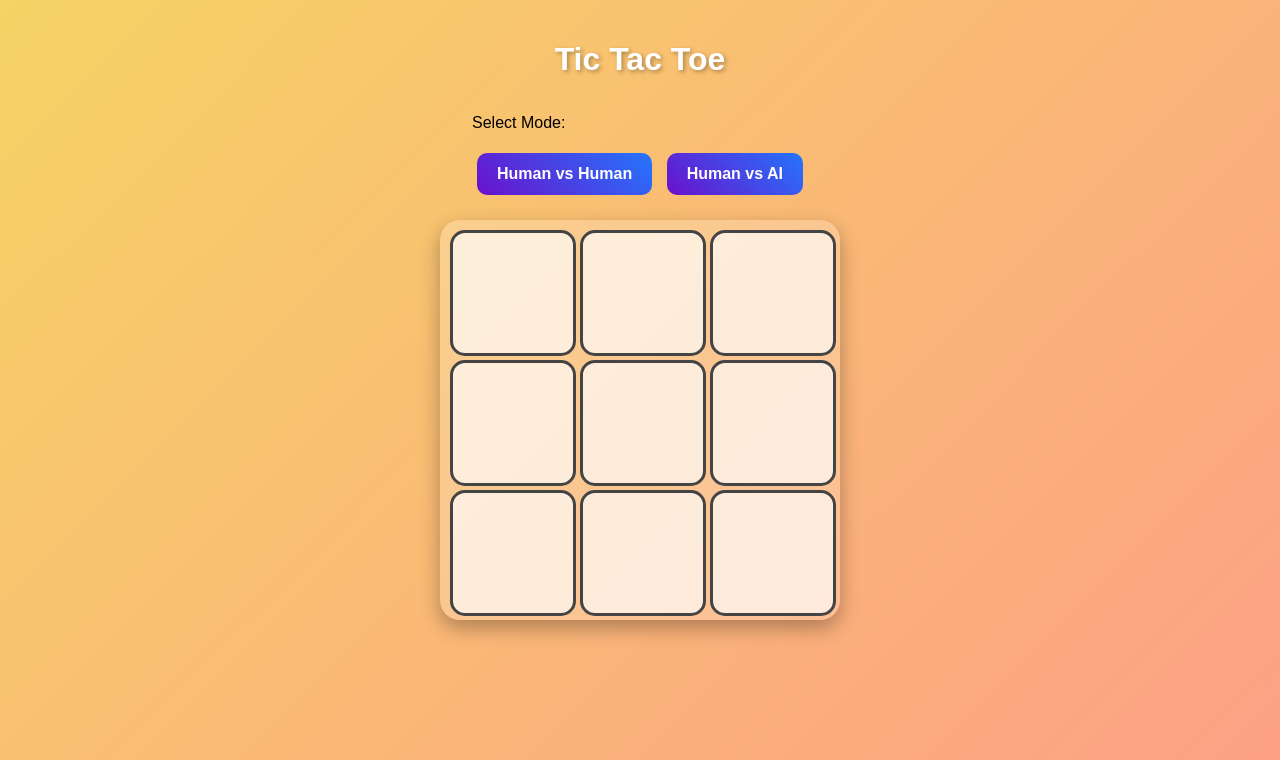
Repository: harshini0304/PRODIGY_WD_03
Page: index.html
The author's editor kept a copy of each file at every save. The page is drawn from the files as they stood at one save, then again after the next save.
The browser window is 1280 px wide. The pictures show the whole page.
After loading, the first visible `button` was clicked once.

Above is the page before, as saved 2025-09-09 22:52:28.

### index.html
<!DOCTYPE html>
<html lang="en">
<head>
  <meta charset="UTF-8" />
  <meta name="viewport" content="width=device-width, initial-scale=1.0"/>
  <title>Tic Tac Toe</title>
  <link rel="stylesheet" href="style.css" />
</head>
<body>
  <h1>Tic Tac Toe</h1>

  <!-- Mode Selection (only first time) -->
  <div id="mode">
    <p>Select Mode:</p>
    <button onclick="startGame('human')">Human vs Human</button>
    <button onclick="startGame('ai')">Human vs AI</button>
  </div>

  <!-- Game Board -->
  <div id="board" style="display:none;"></div>

  <!-- Game Status -->
  <div id="status"></div>

  <!-- Play Again / Switch Mode -->
  <div id="playAgain" style="display:none;">
    <button onclick="restartGame()">Play Again</button>
    <button onclick="switchMode()">Switch Mode</button>
  </div>

  <script src="script.js"></script>
</body>
</html>

### style.css
/* Body & general layout */
body {
  font-family: 'Arial', sans-serif;
  background: linear-gradient(135deg, #f6d365, #fda085);
  display: flex;
  flex-direction: column;
  align-items: center;
  justify-content: flex-start;
  height: 100vh;
  margin: 0;
  padding: 20px;
}

h1 {
  margin-bottom: 20px;
  color: #fff;
  text-shadow: 2px 2px 4px rgba(0,0,0,0.3);
}

/* Mode buttons */
#mode {
  margin-bottom: 20px;
}

#mode button {
  margin: 5px;
  padding: 12px 20px;
  border: none;
  border-radius: 10px;
  background: linear-gradient(45deg, #6a11cb, #2575fc);
  color: white;
  font-weight: bold;
  font-size: 1rem;
  cursor: pointer;
  transition: transform 0.3s, box-shadow 0.3s;
}

#mode button:hover {
  transform: scale(1.05);
  box-shadow: 0 6px 15px rgba(0,0,0,0.3);
}

/* Board styling */
#board {
  display: grid;
  grid-template-columns: repeat(3, 120px);
  grid-template-rows: repeat(3, 120px);
  gap: 10px;
  background: #fff3;
  padding: 10px;
  border-radius: 20px;
  box-shadow: 0 8px 20px rgba(0,0,0,0.3);
}

/* Each cell styling */
.cell {
  width: 120px;
  height: 120px;
  background: #ffffffaa;
  border-radius: 15px;
  border: 3px solid #444;
  font-size: 3rem;
  display: flex;
  align-items: center;
  justify-content: center;
  cursor: pointer;
  transition: all 0.3s ease;
}

.cell:hover {
  background: #fffa;
  transform: scale(1.05);
  box-shadow: 0 4px 15px rgba(0,0,0,0.3);
}

.cell.taken {
  cursor: not-allowed;
  color: #333;
}

/* Status text */
#status {
  margin-top: 20px;
  font-size: 1.5rem;
  font-weight: bold;
  color: #fff;
  text-shadow: 1px 1px 2px rgba(0,0,0,0.4);
  text-align: center;
}

/* Play Again buttons */
#playAgain {
  display: none;
  margin-top: 15px;
  justify-content: center;
  gap: 10px;
}

#playAgain button {
  margin: 5px;
  padding: 12px 25px;
  font-size: 1.1rem;
  cursor: pointer;
  border: none;
  border-radius: 12px;
  background: linear-gradient(45deg, #6a11cb, #2575fc);
  color: white;
  font-weight: bold;
  transition: all 0.3s ease;
}

#playAgain button:hover {
  transform: scale(1.05);
  box-shadow: 0 6px 15px rgba(0,0,0,0.3);
}

/* Winning highlight */
.cell.winner {
  background: linear-gradient(45deg, #ff9a9e, #fad0c4);
  color: #fff;
  animation: blink 0.8s infinite alternate;
}

@keyframes blink {
  0% { transform: scale(1); }
  50% { transform: scale(1.1); }
  100% { transform: scale(1); }
}

### script.js
const boardContainer = document.getElementById("board");
const statusText = document.getElementById("status");
const playAgainDiv = document.getElementById("playAgain");
const modeDiv = document.getElementById("mode");

let board = Array(9).fill("");
let currentPlayer = "X";
let mode = "";
let gameOver = false;

function startGame(selectedMode) {
  mode = selectedMode;
  currentPlayer = "X";
  gameOver = false;
  statusText.textContent = "";

  // Reset view
  playAgainDiv.style.display = "none";
  boardContainer.style.display = "grid";
  restartBoard();
}

function restartBoard() {
  board = Array(9).fill("");
  createBoard();
}

function createBoard() {
  boardContainer.innerHTML = "";
  board.forEach((cell, index) => {
    const div = document.createElement("div");
    div.classList.add("cell");
    if (cell !== "") {
      div.textContent = cell;
      div.classList.add("taken");
    }
    div.addEventListener("click", () => handleMove(index));
    boardContainer.appendChild(div);
  });
}

function handleMove(index) {
  if (gameOver || board[index] !== "") return;

  board[index] = currentPlayer;
  createBoard();

  if (checkWinner(currentPlayer)) {
    statusText.textContent = `${currentPlayer} Wins 🎉`;
    highlightWinner(currentPlayer);
    endGame();
    return;
  }

  if (board.every(cell => cell !== "")) {
    statusText.textContent = "It's a Tie 🤝";
    endGame();
    return;
  }

  currentPlayer = currentPlayer === "X" ? "O" : "X";

  if (mode === "ai" && currentPlayer === "O" && !gameOver) {
    setTimeout(aiMove, 500);
  }
}

function aiMove() {
  const available = board
    .map((val, i) => (val === "" ? i : null))
    .filter(val => val !== null);

  const randomIndex = available[Math.floor(Math.random() * available.length)];
  board[randomIndex] = "O";
  createBoard();

  if (checkWinner("O")) {
    statusText.textContent = "AI Wins 🤖";
    highlightWinner("O");
    endGame();
    return;
  }

  if (board.every(cell => cell !== "")) {
    statusText.textContent = "It's a Tie 🤝";
    endGame();
    return;
  }

  currentPlayer = "X";
}

function checkWinner(player) {
  const combos = [
    [0,1,2],[3,4,5],[6,7,8],
    [0,3,6],[1,4,7],[2,5,8],
    [0,4,8],[2,4,6]
  ];
  return combos.some(combo =>
    combo.every(index => board[index] === player)
  );
}

function highlightWinner(player) {
  const combos = [
    [0,1,2],[3,4,5],[6,7,8],
    [0,3,6],[1,4,7],[2,5,8],
    [0,4,8],[2,4,6]
  ];
  combos.forEach(combo => {
    if (combo.every(index => board[index] === player)) {
      combo.forEach(index => {
        boardContainer.children[index].classList.add("winner");
      });
    }
  });
}

function endGame() {
  gameOver = true;
  playAgainDiv.style.display = "flex";
}

function restartGame() {
  gameOver = false;
  statusText.textContent = "";
  restartBoard();
  playAgainDiv.style.display = "none";
}

function switchMode() {
  boardContainer.style.display = "none";
  playAgainDiv.style.display = "none";
  statusText.textContent = "";
}

After the next save:
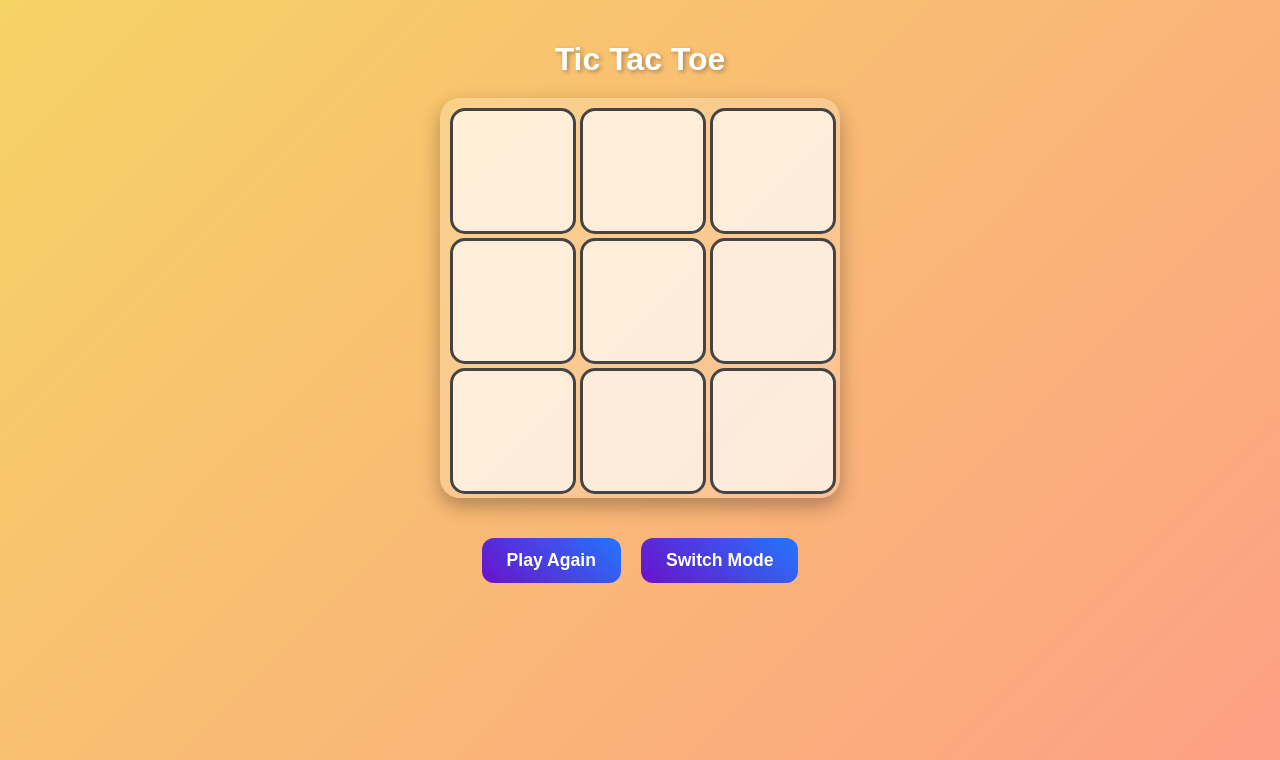
Saved 9 s later.
--- a/script.js
+++ b/script.js
@@ -14,9 +14,13 @@ function startGame(selectedMode) {
   gameOver = false;
   statusText.textContent = "";
 
-  // Reset view
-  playAgainDiv.style.display = "none";
+  // Hide mode selection forever until user clicks "Switch Mode"
+  modeDiv.style.display = "none";
+
+  // Show board and bottom buttons
   boardContainer.style.display = "grid";
+  playAgainDiv.style.display = "flex";
+
   restartBoard();
 }
 
@@ -48,13 +52,13 @@ function handleMove(index) {
   if (checkWinner(currentPlayer)) {
     statusText.textContent = `${currentPlayer} Wins 🎉`;
     highlightWinner(currentPlayer);
-    endGame();
+    gameOver = true;
     return;
   }
 
   if (board.every(cell => cell !== "")) {
     statusText.textContent = "It's a Tie 🤝";
-    endGame();
+    gameOver = true;
     return;
   }
 
@@ -77,13 +81,13 @@ function aiMove() {
   if (checkWinner("O")) {
     statusText.textContent = "AI Wins 🤖";
     highlightWinner("O");
-    endGame();
+    gameOver = true;
     return;
   }
 
   if (board.every(cell => cell !== "")) {
     statusText.textContent = "It's a Tie 🤝";
-    endGame();
+    gameOver = true;
     return;
   }
 
@@ -116,20 +120,15 @@ function highlightWinner(player) {
   });
 }
 
-function endGame() {
-  gameOver = true;
-  playAgainDiv.style.display = "flex";
-}
-
 function restartGame() {
   gameOver = false;
   statusText.textContent = "";
   restartBoard();
-  playAgainDiv.style.display = "none";
 }
 
 function switchMode() {
   boardContainer.style.display = "none";
   playAgainDiv.style.display = "none";
   statusText.textContent = "";
+  modeDiv.style.display = "block"; // bring back mode selection
 }
